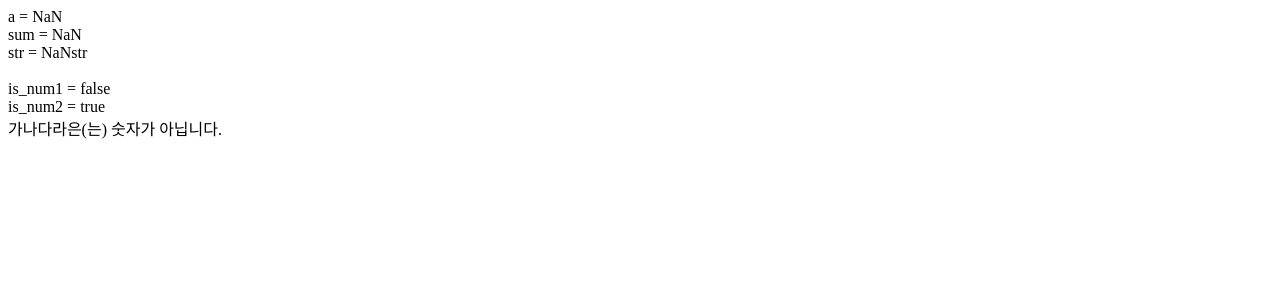
Repository: codelily98/Web
Page: JavaScript/src/main/webapp/javascript/exam13.html
An editor plug-in stored every save of this project. The page is shown before and after the next save, followed by the edit.
The browser window is 1280 px wide. The pictures show the whole page.

Above is the page before, as saved 2024-08-19 07:18:56.

After the next save:
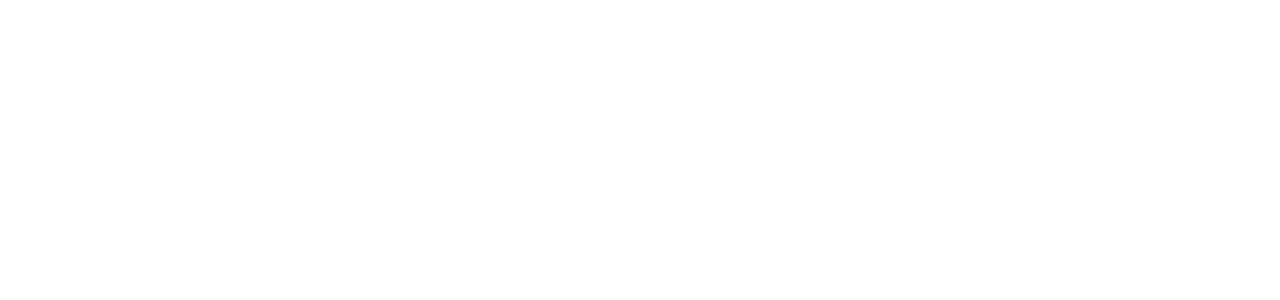
Console error: SyntaxError: Unexpected end of input
Saved 18 s later.
--- a/JavaScript/src/main/webapp/javascript/exam13.html
+++ b/JavaScript/src/main/webapp/javascript/exam13.html
@@ -31,6 +31,11 @@
 } else {
 	document.write(v1 + "은(는) 숫자가 아닙니다.<br>");
 }
+
+if(is_num1) {
+	document.write(v1 + "은(는) 숫자 입니다.<br>");
+} else {
+	document.write(v1 + "은(는) 숫자가 아닙니다.<br>");
 </script>
 </body>
 </html>

After the 2 saves that followed:
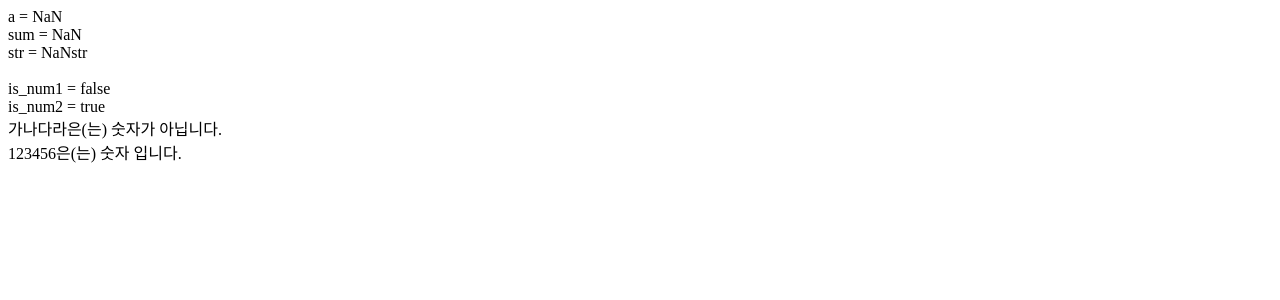
The error is gone.
The 2 saves are shown as one change because 1 left the picture as it was.
The last was saved 38 s later.
--- a/JavaScript/src/main/webapp/javascript/exam13.html
+++ b/JavaScript/src/main/webapp/javascript/exam13.html
@@ -32,10 +32,12 @@
 	document.write(v1 + "은(는) 숫자가 아닙니다.<br>");
 }
 
-if(is_num1) {
-	document.write(v1 + "은(는) 숫자 입니다.<br>");
+if(is_num2) {
+	document.write(v2 + "은(는) 숫자 입니다.<br>");
 } else {
-	document.write(v1 + "은(는) 숫자가 아닙니다.<br>");
+	document.write(v2 + "은(는) 숫자가 아닙니다.<br>");
+}
+document.write("<br>");
 </script>
 </body>
 </html>
